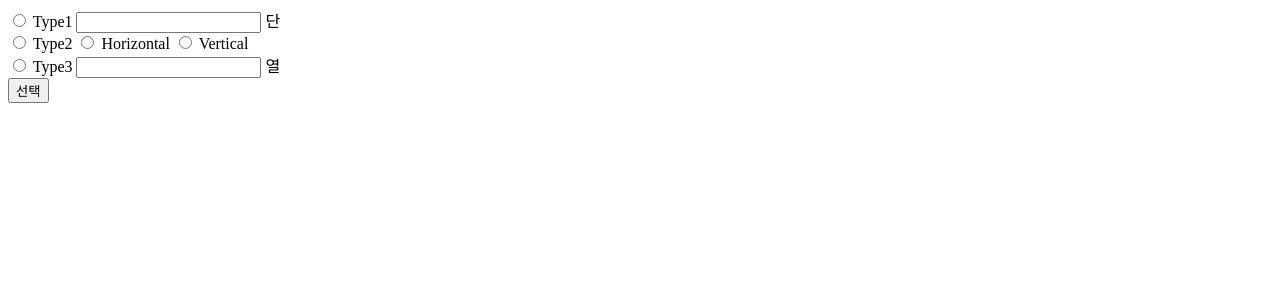
Repository: Park-Dongheon/Servlet-JSP_Training
Page: http://localhost/MissionJSP/gugudanForm.jsp
The author's editor kept a copy of each file at every save. The page is drawn from the files as they stood at one save, then again after the next save.
The browser window is 1280 px wide. The pictures show the whole page.
The page is served by Tomcat 10.

Above is the page before, as saved 2024-06-13 08:12:09.

After the next save:
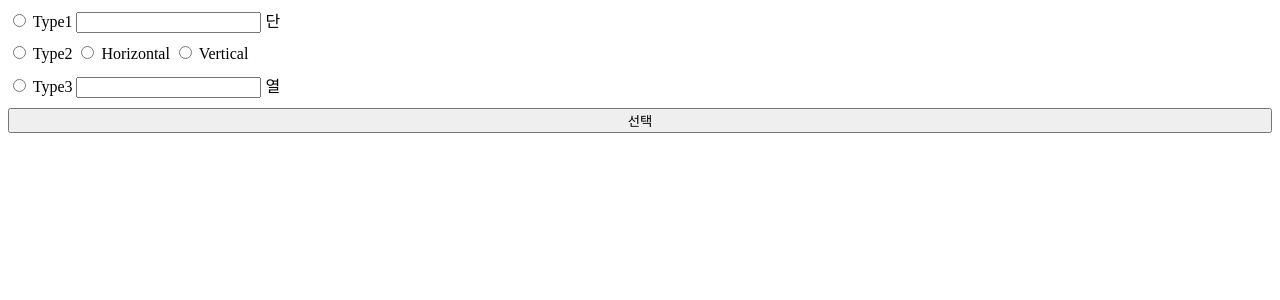
Saved 8 s later.
--- a/MissionJSP/src/main/webapp/gugudanForm.jsp
+++ b/MissionJSP/src/main/webapp/gugudanForm.jsp
@@ -5,6 +5,15 @@
 <head>
 <meta charset="UTF-8">
 <title>구구단 폼</title>
+<style>
+    form {
+        display: flex;
+        flex-direction: column;
+    }
+    .form-group {
+        margin-bottom: 10px;
+    }
+</style>
 </head>
 <body>
 	<form action="GugudanProc.jsp" method="get">
